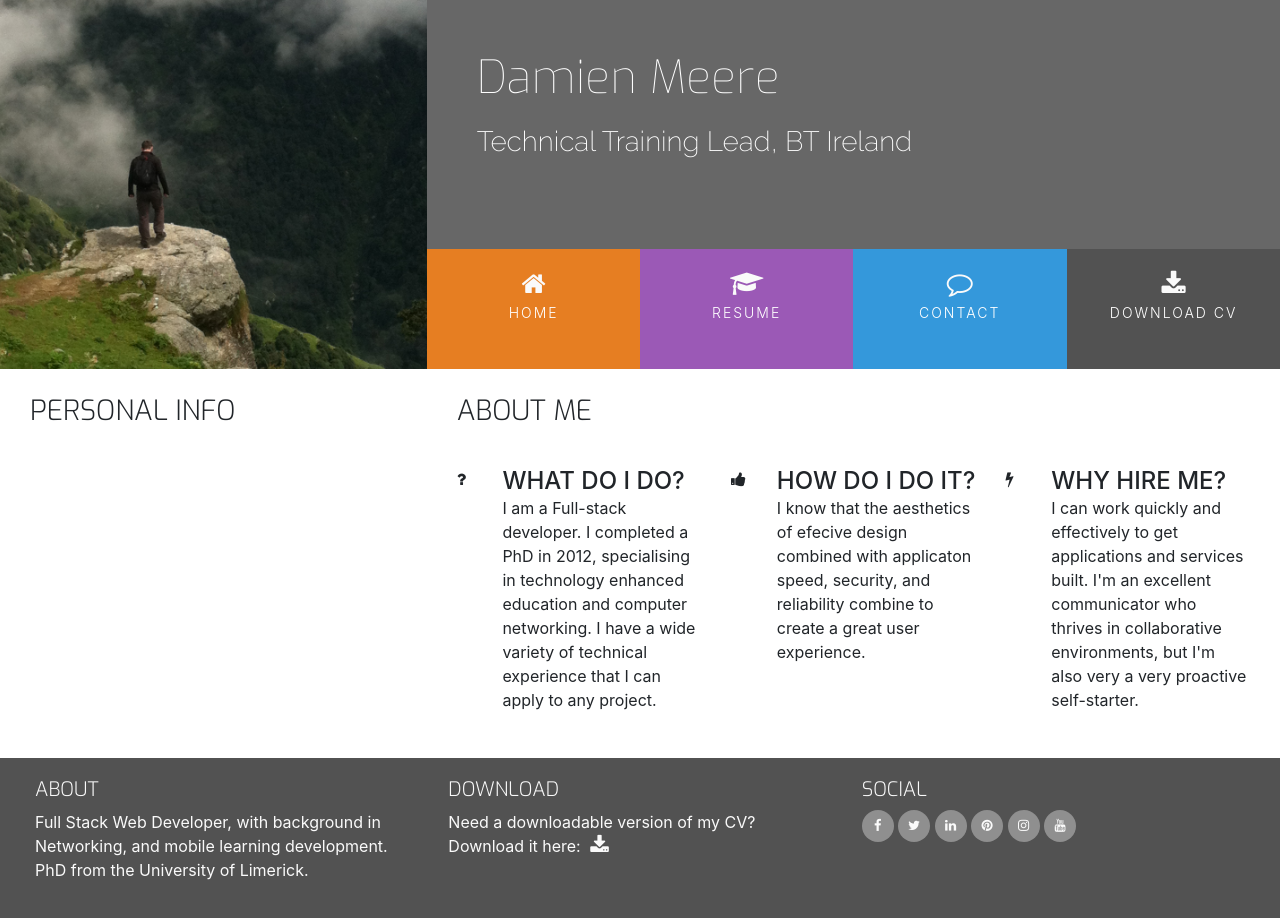
Repository: damien-meere/cv_site_project
Page: index.html
The author's editor kept a record of every edit. The page is drawn from the files as they stood at one moment, then again after the next edit.
The browser window is 1280 px wide. The pictures show the whole page.

Above is the page before.

After the next edit:
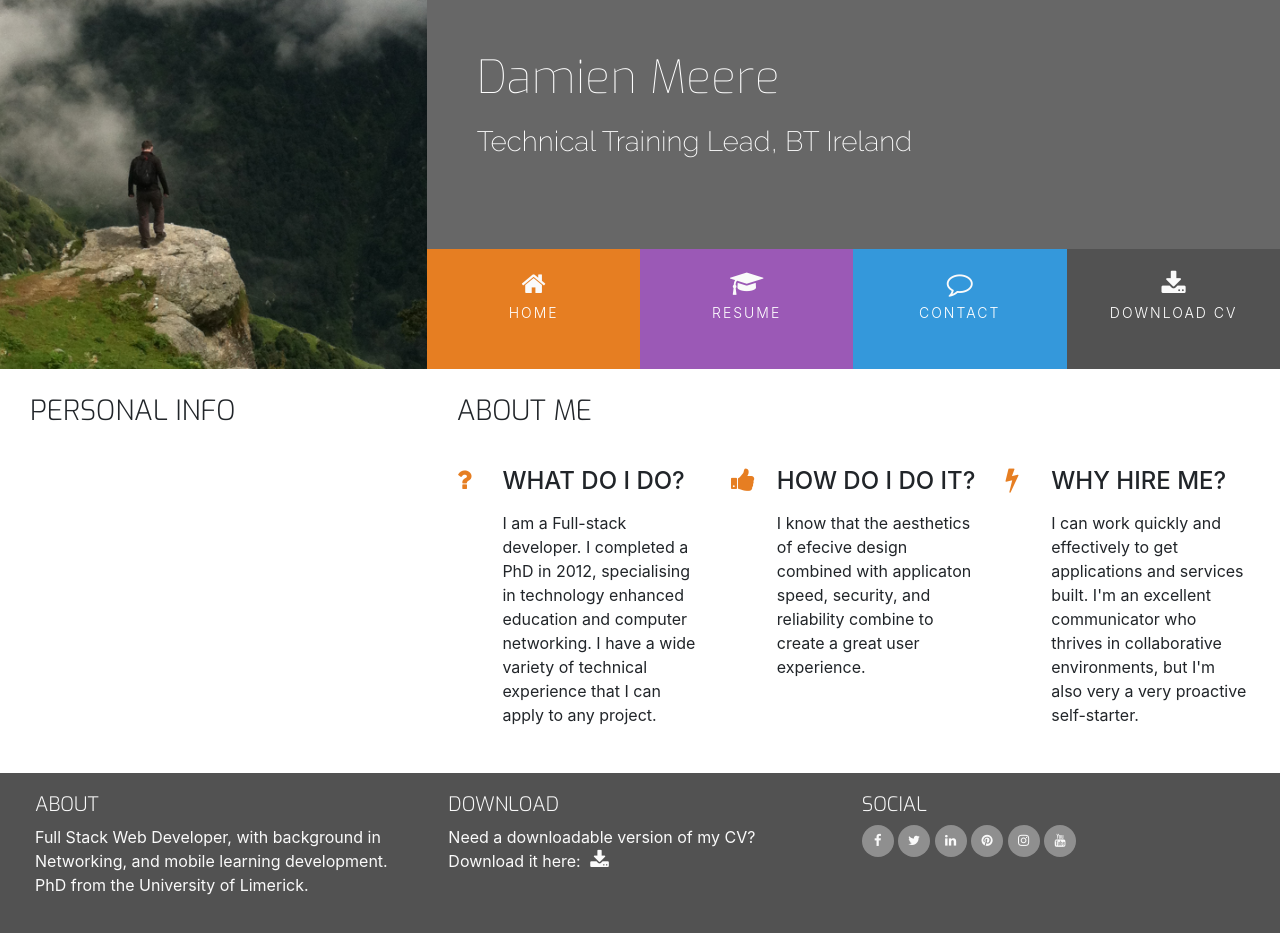
The edit:
--- a/assets/css/style.css
+++ b/assets/css/style.css
@@ -220,3 +220,16 @@ footer {
 #footer-details{
     padding: 20px;
 }
+
+/*--------------------------------------------------Three Reasons*/
+
+.three-reasons-icon {
+    font-size: 26px;
+    color: #e67e22;
+
+}
+
+.three-reasons-heading {
+    margin-bottom: 15px;
+
+}
